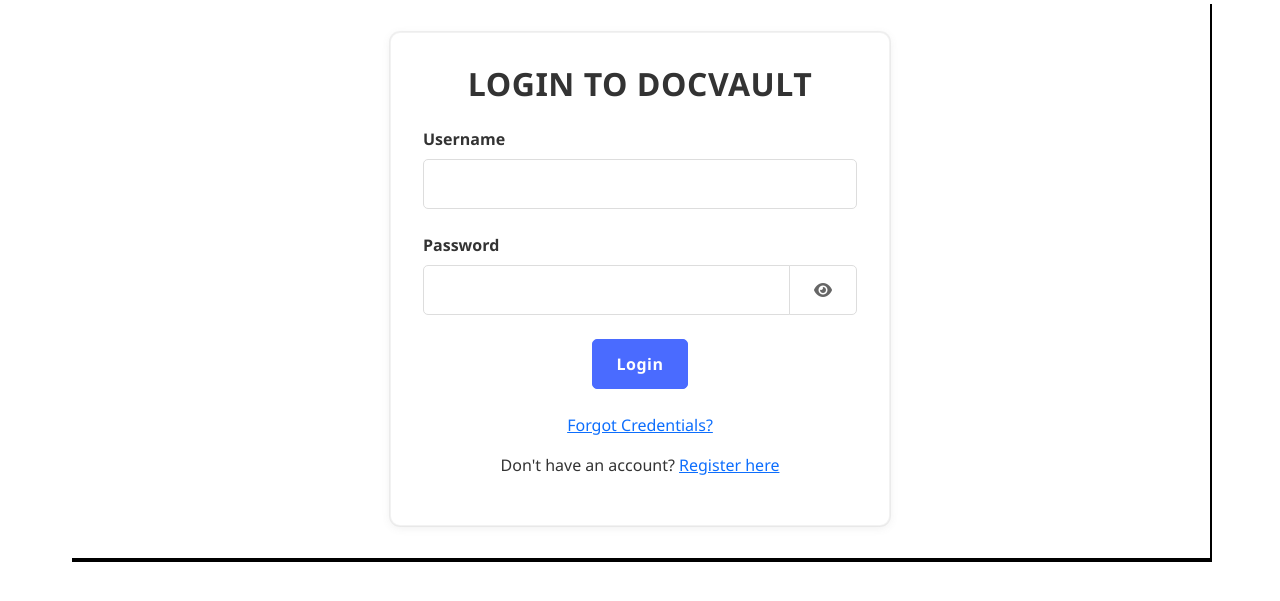
Repository: Satyaveni-Devisetti/DocVault
Page: login.html
These files come from the project's save history. The page is drawn as it stood at one moment and after the next save; the edit follows.
The browser window is 1280 px wide. The pictures show the whole page.

Above is the page before, as saved 2025-04-28 14:32:16.
Console error: ReferenceError: emailjs is not defined

### login.html
<!DOCTYPE html>
<html lang="en">
<head>
    <meta charset="UTF-8">
    <meta name="viewport" content="width=device-width, initial-scale=1.0">
    <title>Login - DocVault</title>
    <link href="https://cdn.jsdelivr.net/npm/bootstrap@5.3.0/dist/css/bootstrap.min.css" rel="stylesheet">
    <link rel="stylesheet" href="https://cdnjs.cloudflare.com/ajax/libs/font-awesome/6.0.0/css/all.min.css">
    <link rel="stylesheet" href="styles.css">
</head>
<body>
    <div class="container" >
        <div class="row justify-content-center" style="box-shadow: 2px 4px black;">
            <div class="col-md-6">
                <div class="form-container fade-in">
                    <h2 class="text-center mb-4">Login to DocVault</h2>
                    <div id="alert-container"></div>
                    <form id="login-form">
                        <div class="form-group">
                            <label for="username">Username</label>
                            <input type="text" class="form-control" id="username" name="username" required>
                        </div>
                        <div class="form-group">
                            <label for="password">Password</label>
                            <div class="input-group">
                                <input type="password" class="form-control" id="password" name="password" required>
                                <button class="btn btn-outline-secondary" type="button" id="toggle-password">
                                    <i class="fas fa-eye"></i>
                                </button>
                            </div>
                        </div>
                        <div class="form-group text-center">
                            <button type="submit" class="btn btn-primary btn-block" id="login-button">
                                <span class="button-text">Login</span>
                                <span class="loading d-none"></span>
                            </button>
                        </div>
                        <div class="text-center mt-3">
                            <a href="#" id="forgot-credentials">Forgot Credentials?</a>
                        </div>
                        <div class="text-center mt-3">
                            <p>Don't have an account? <a href="register.html">Register here</a></p>
                        </div>
                    </form>
                </div>
            </div>
        </div>
    </div>

    <!-- Forgot Credentials Modal -->
    <div class="modal fade" id="forgotModal" tabindex="-1">
        <div class="modal-dialog">
            <div class="modal-content">
                <div class="modal-header">
                    <h5 class="modal-title">Recover Credentials</h5>
                    <button type="button" class="btn-close" data-bs-dismiss="modal"></button>
                </div>
                <div class="modal-body">
                    <form id="forgot-form">
                        <div class="form-group">
                            <label for="email">Enter your registered email</label>
                            <input type="email" class="form-control" id="email" name="email" required>
                        </div>
                        <div class="text-center mt-3">
                            <button type="submit" class="btn btn-primary" id="recover-button">
                                <span class="button-text">Recover</span>
                                <span class="loading d-none"></span>
                            </button>
                        </div>
                    </form>
                </div>
            </div>
        </div>
    </div>

    <script src="https://cdn.jsdelivr.net/npm/bootstrap@5.3.0/dist/js/bootstrap.bundle.min.js"></script>
    <script src="https://cdn.jsdelivr.net/npm/@emailjs/browser@3/dist/email.min.js"></script>
    <script>
        (function() {
            emailjs.init("6gwUhzhyxF_mAox_I");
        })();
    </script>
    <script src="script.js"></script>
</body>
</html>

### styles.css
:root {
    --primary-color: #4a6bff;
    --secondary-color: #f8f9fa;
    --text-color: #333;
    --success-color: #28a745;
    --error-color: #dc3545;
}

body {
    font-family: 'Segoe UI', Tahoma, Geneva, Verdana, sans-serif;
    margin: 0;
    padding: 0;
    color: var(--text-color);
}

/* Index Page Styles */
.left-side {
    background-color: var(--secondary-color);
    padding: 2rem;
    display: flex;
    align-items: center;
    justify-content: center;
}

.right-side {
    background-color: white;
    padding: 2rem;
    display: flex;
    flex-direction: column;
    align-items: center;
    justify-content: center;
}

.content h1 {
    font-size: 2.5rem;
    margin-bottom: 1rem;
    color: var(--primary-color);
}

.features {
    list-style: none;
    padding: 0;
}

.features li {
    margin: 1rem 0;
    font-size: 1.1rem;
}

.features i {
    color: var(--primary-color);
    margin-right: 0.5rem;
}

.auth-buttons {
    margin-bottom: 2rem;
}

.auth-buttons .btn {
    margin: 0 0.5rem;
    padding: 0.5rem 1.5rem;
}

.icon-container {
    font-size: 8rem;
    color: var(--primary-color);
    animation: float 3s ease-in-out infinite;
}

@keyframes float {
    0% {
        transform: translateY(0px);
    }
    50% {
        transform: translateY(-20px);
    }
    100% {
        transform: translateY(0px);
    }
}

/* Card and Container Base Styles */
.form-container, .file-card, .alert {
    background: #ffffff;
    border-radius: 10px;
    border: 1px solid rgba(0, 0, 0, 0.05);
    box-shadow: rgba(99, 99, 99, 0.1) 0px 2px 8px 0px, rgba(0, 0, 0, 0.05) 0px 0px 0px 1px;
    transition: all 0.3s ease;
}

.form-container:hover, .file-card:hover {
    box-shadow: rgba(0, 0, 0, 0.1) 0px 10px 15px -3px, rgba(0, 0, 0, 0.05) 0px 4px 6px -2px;
}

.form-container {
    max-width: 500px;
    width: 95%;
    margin: 2rem auto;
    padding: 2rem;
}

.form-container h2 {
    color: #333;
    font-weight: 700;
    margin-bottom: 2rem;
    font-size: clamp(1.5rem, 4vw, 2rem);
    text-transform: uppercase;
    letter-spacing: 0.5px;
}

/* Section Headers */
.section-headers {
    display: flex;
    justify-content: center;
    gap: clamp(1rem, 3vw, 2rem);
    margin-bottom: 2rem;
    padding-bottom: 0.5rem;
    border-bottom: 2px solid #e9ecef;
    flex-wrap: wrap;
}

.section-title {
    color: #666;
    font-size: clamp(1rem, 3vw, 1.25rem);
    font-weight: 600;
    cursor: pointer;
    padding: 0.5rem 1rem;
    margin: 0;
    transition: all 0.3s ease;
    position: relative;
    border: none;
    background: none;
    outline: none;
    white-space: nowrap;
}

.section-title:hover {
    color: var(--primary-color);
}

.section-title.active {
    color: var(--primary-color);
}

.section-title.active::after {
    content: '';
    position: absolute;
    bottom: -0.5rem;
    left: 0;
    width: 100%;
    height: 3px;
    background-color: var(--primary-color);
    transition: all 0.3s ease;
}

/* Form Styles */
.update-form {
    opacity: 0;
    display: none;
    transition: opacity 0.3s ease;
    position: relative;
}

.update-form.active {
    opacity: 1;
    display: block;
}

.form-group {
    margin-bottom: 1.5rem;
}

.form-group label {
    display: block;
    margin-bottom: 0.5rem;
    font-weight: 600;
    color: #333;
    font-size: clamp(0.875rem, 2vw, 1rem);
}

.form-control {
    padding: clamp(0.5rem, 2vw, 0.75rem);
    border-radius: 5px;
    border: 1px solid #ddd;
    width: 100%;
    font-size: clamp(0.875rem, 2vw, 1rem);
    background-color: white;
}

.form-control:focus {
    border-color: var(--primary-color);
    box-shadow: 0 0 0 0.2rem rgba(74, 107, 255, 0.25);
}

/* Input Group for Password Fields */
.input-group {
    display: flex;
    align-items: stretch;
    width: 100%;
    margin-bottom: 1rem;
}

.input-group .form-control {
    border-top-right-radius: 0;
    border-bottom-right-radius: 0;
    margin-bottom: 0;
}

.input-group .btn {
    border-top-left-radius: 0;
    border-bottom-left-radius: 0;
}

/* Button Styles */
.btn {
    padding: clamp(0.5rem, 2vw, 0.75rem) clamp(1rem, 3vw, 1.5rem);
    font-size: clamp(0.875rem, 2vw, 1rem);
    border-radius: 5px;
    transition: all 0.3s ease;
}

.btn-primary {
    background-color: var(--primary-color);
    border-color: var(--primary-color);
    color: white;
    font-weight: 600;
    letter-spacing: 0.5px;
}

.btn-primary:hover {
    transform: translateY(-2px);
    box-shadow: 0 4px 12px rgba(74, 107, 255, 0.2);
}

.btn-outline-secondary {
    background-color: white;
    border-color: #ddd;
    color: #666;
}

.btn-outline-secondary:hover {
    background-color: #f8f9fa;
    border-color: #ddd;
    color: #333;
}

/* File Grid Styles */
.file-grid {
    display: grid;
    grid-template-columns: repeat(auto-fill, minmax(280px, 1fr));
    gap: 1.5rem;
    padding: 1.5rem;
}

.file-card {
    padding: 1.5rem;
    transition: all 0.3s ease;
}

.file-card:hover {
    transform: translateY(-5px);
    box-shadow: rgba(17, 17, 26, 0.1) 0px 8px 24px, rgba(17, 17, 26, 0.1) 0px 16px 56px;
}

.file-actions {
    display: flex;
    justify-content: space-around;
    margin-top: 1rem;
}

.file-actions i {
    cursor: pointer;
    color: var(--primary-color);
    transition: color 0.2s;
}

.file-actions i:hover {
    color: #3a5bef;
}

/* Responsive Design */
@media (max-width: 1200px) {
    .file-grid {
        grid-template-columns: repeat(auto-fill, minmax(250px, 1fr));
        gap: 1.25rem;
        padding: 1.25rem;
    }
}

@media (max-width: 992px) {
    .form-container {
        width: 90%;
        padding: 1.75rem;
    }

    .file-grid {
        grid-template-columns: repeat(auto-fill, minmax(220px, 1fr));
        gap: 1rem;
        padding: 1rem;
    }
}

@media (max-width: 768px) {
    .form-container {
        width: 85%;
        padding: 1.5rem;
        margin: 1.5rem auto;
    }

    .section-headers {
        gap: 1rem;
    }

    .file-grid {
        grid-template-columns: repeat(auto-fill, minmax(200px, 1fr));
    }

    .file-card {
        padding: 1.25rem;
    }
}

@media (max-width: 576px) {
    .form-container {
        width: 92%;
        padding: 1.25rem;
        margin: 1rem auto;
    }

    .section-headers {
        flex-direction: row;
        gap: 0.75rem;
    }

    .section-title {
        padding: 0.4rem 0.8rem;
    }

    .file-grid {
        grid-template-columns: 1fr;
        padding: 0.75rem;
        gap: 1rem;
    }

    .file-card {
        width: 100%;
        min-width: 0;
        max-width: 100%;
        margin: 0 auto 1rem auto;
        box-sizing: border-box;
    }

    .form-group {
        margin-bottom: 1rem;
    }
}

/* Animations */
.fade-in {
    animation: fadeIn 0.5s ease-in;
}

@keyframes fadeIn {
    from {
        opacity: 0;
        transform: translateY(20px);
    }
    to {
        opacity: 1;
        transform: translateY(0);
    }
}

/* Loading Animation */
.loading {
    display: inline-block;
    width: 20px;
    height: 20px;
    border: 3px solid rgba(255,255,255,.3);
    border-radius: 50%;
    border-top-color: #fff;
    animation: spin 1s ease-in-out infinite;
}

@keyframes spin {
    to { transform: rotate(360deg); }
}

/* Error and Success Messages */
.alert {
    margin: 1rem 0;
    padding: clamp(0.75rem, 2vw, 1rem);
    font-size: clamp(0.875rem, 2vw, 1rem);
}

.alert-success {
    background-color: #d4edda;
    border-color: #c3e6cb;
    color: #155724;
}

.alert-error {
    background-color: #f8d7da;
    border-color: #f5c6cb;
    color: #721c24;
}

.spinner-border-sm {
    width: 1rem;
    height: 1rem;
    border-width: 0.2em;
}

.btn:disabled {
    cursor: not-allowed;
    opacity: 0.8;
}

/* Navbar Styles */
.navbar {
    padding: 0.75rem 0;
    background-color: var(--primary-color) !important;
    width: 100%;
    margin: 0;
    box-shadow: 0 2px 8px rgba(0, 0, 0, 0.1);
}

.navbar .container {
    display: flex;
    justify-content: space-between;
    align-items: center;
    padding: 0 2rem;
}

.navbar-brand {
    display: flex;
    align-items: center;
    color: white !important;
    font-size: 1.5rem;
    font-weight: 600;
    text-decoration: none;
}

.navbar-logo {
    width: 40px;
    height: 40px;
    border-radius: 50%;
    margin-right: 12px;
    border: 2px solid white;
    object-fit: cover;
}

.navbar-nav {
    display: flex;
    align-items: center;
    gap: 1.5rem;
}

.nav-link {
    color: white !important;
    text-decoration: none;
    display: flex;
    flex-direction: column;
    align-items: center;
    transition: all 0.3s ease;
}

.nav-icon-circle {
    width: 40px;
    height: 40px;
    border-radius: 50%;
    background: rgba(255, 255, 255, 0.1);
    display: flex;
    align-items: center;
    justify-content: center;
    margin-bottom: 0.5rem;
    border: 2px solid rgba(255, 255, 255, 0.2);
    transition: all 0.3s ease;
}

.nav-link:hover .nav-icon-circle {
    background: white;
    border-color: white;
}

.nav-link:hover .nav-icon-circle i {
    color: var(--primary-color);
}

.nav-link span {
    font-size: 0.875rem;
    color: white;
}

/* Main Icon Styles */
.main-icon {
    display: flex;
    justify-content: center;
    align-items: center;
    height: 100%;
    padding: 2rem;
}

.circular-icon {
    width: 300px;
    height: 300px;
    border-radius: 50%;
    object-fit: cover;
    box-shadow: 0 4px 20px rgba(0, 0, 0, 0.15);
    border: 6px solid var(--primary-color);
}

/* Responsive Styles */
@media (max-width: 1200px) {
    .circular-icon {
        width: 250px;
        height: 250px;
    }
}

@media (max-width: 992px) {
    .navbar-logo {
        width: 40px;
        height: 40px;
    }

    .circular-icon {
        width: 200px;
        height: 200px;
    }
}

@media (max-width: 768px) {
    .navbar .container {
        padding: 0 1rem;
    }

    .navbar-brand {
        font-size: 1.25rem;
    }

    .navbar-logo {
        width: 32px;
        height: 32px;
        margin-right: 8px;
    }

    .circular-icon {
        width: 180px;
        height: 180px;
        border-width: 4px;
    }

    .nav-icon-circle {
        width: 32px;
        height: 32px;
        margin-bottom: 0.25rem;
    }

    .nav-link span {
        font-size: 0.75rem;
    }
}

@media (max-width: 576px) {
    .navbar .container {
        padding: 0 0.75rem;
    }

    .navbar-brand {
        font-size: 1.1rem;
    }

    .navbar-logo {
        width: 28px;
        height: 28px;
        margin-right: 6px;
    }

    .circular-icon {
        width: 150px;
        height: 150px;
    }

    .nav-icon-circle {
        width: 28px;
        height: 28px;
    }

    .section-headers {
        gap: 1rem;
    }

    .section-title {
        font-size: 1.1rem;
        padding: 0.4rem 0.8rem;
    }

    .form-container {
        padding: 1.5rem;
        margin: 1rem;
    }

    .form-container h2 {
        font-size: 1.5rem;
    }

    .nav-link span {
        font-size: 0.7rem;
    }
}

/* Update Details Page Specific */
.nav-tabs {
    border-bottom: 2px solid #dee2e6;
    margin-bottom: 2rem;
}

.nav-tabs .nav-link {
    color: var(--text-color);
    font-weight: 500;
    padding: 0.75rem 1.5rem;
    border: none;
    border-bottom: 2px solid transparent;
    margin-bottom: -2px;
}

.nav-tabs .nav-link:hover {
    border-color: transparent;
    color: var(--primary-color);
}

.nav-tabs .nav-link.active {
    color: var(--primary-color);
    background: none;
    border-bottom: 2px solid var(--primary-color);
}

.tab-content {
    padding: 1rem 0;
}

/* Responsive Navbar */
@media (min-width: 769px) and (max-width: 1200px) {
    /* Tablet - Keep navbar similar to desktop */
    .navbar .container {
        padding: 0 1.5rem;
    }

    .navbar-logo {
        width: 35px;
        height: 35px;
    }

    .nav-icon-circle {
        width: 35px;
        height: 35px;
    }
}

@media (max-width: 768px) {
    /* Mobile navbar adjustments */
    .navbar {
        padding: 0.5rem 0;
    }

    .navbar .container {
        padding: 0 1rem;
    }

    .navbar-brand {
        font-size: 1.25rem;
    }

    .navbar-logo {
        width: 32px;
        height: 32px;
        margin-right: 8px;
    }

    .navbar-nav {
        gap: 1rem;
    }

    .nav-icon-circle {
        width: 32px;
        height: 32px;
        margin-bottom: 0.25rem;
    }

    .nav-link span {
        font-size: 0.75rem;
    }
}

@media (max-width: 576px) {
    /* Small mobile navbar */
    .navbar .container {
        padding: 0 0.75rem;
    }

    .navbar-brand {
        font-size: 1.1rem;
    }

    .navbar-logo {
        width: 28px;
        height: 28px;
        margin-right: 6px;
    }

    .navbar-nav {
        gap: 0.75rem;
    }

    .nav-icon-circle {
        width: 28px;
        height: 28px;
    }

    .nav-link span {
        font-size: 0.7rem;
    }
}

/* Mobile and Tablet Styles */
@media (max-width: 991.98px) {
    .navbar-nav {
        flex-direction: row;
        justify-content: space-around;
        width: 100%;
        padding: 0.5rem 0;
    }

    .nav-link {
        display: flex;
        flex-direction: column;
        align-items: center;
        padding: 0.5rem;
    }

    .nav-icon-circle {
        margin-bottom: 0.25rem;
    }

    .section-headers {
        flex-direction: row;
        flex-wrap: wrap;
    }

    .section-title {
        flex: 1;
        min-width: 150px;
        margin: 0.25rem;
        padding: 0.75rem;
        font-size: 0.9rem;
    }

    .update-form {
        padding: 1rem;
    }

    .form-group {
        margin-bottom: 1rem;
    }
}

/* Tablet specific styles */
@media (min-width: 768px) and (max-width: 991.98px) {
    .container {
        max-width: 95%;
    }

    .section-headers {
        gap: 1rem;
    }

    .section-title {
        font-size: 1rem;
    }
}

/* Mobile specific styles */
@media (max-width: 767.98px) {
    .container {
        padding: 0 1rem;
    }

    .section-headers {
        gap: 0.5rem;
    }

    .section-title {
        font-size: 0.85rem;
        padding: 0.5rem;
    }

    .form-container {
        padding: 1rem;
    }
}

/* Update Details Page Specific */
.update-sections {
    width: 100%;
}

.update-section {
    background: #fff;
    border-radius: 8px;
    padding: 1.5rem;
    height: 100%;
    box-shadow: 0 2px 4px rgba(0,0,0,0.05);
}

.update-section h3.section-title {
    color: var(--primary-color);
    font-size: 1.25rem;
    margin-bottom: 1.5rem;
    padding-bottom: 0.75rem;
    border-bottom: 2px solid var(--primary-color);
}

/* Mobile and Tablet Styles */
@media (max-width: 991.98px) {
    /* Navbar adjustments */
    .navbar {
        padding: 0.5rem 0;
    }

    .navbar .container {
        padding: 0.5rem;
    }

    .navbar-nav {
        display: flex;
        flex-direction: row;
        justify-content: flex-end;
        gap: 1rem;
        margin: 0;
    }

    .nav-link {
        padding: 0;
        margin: 0;
    }

    .nav-icon-circle {
        width: 36px;
        height: 36px;
        margin-bottom: 4px;
    }

    .nav-link span {
        font-size: 0.7rem;
    }

    /* Update sections adjustments */
    .form-container {
        padding: 1rem;
        margin: 0.5rem auto;
    }

    .update-section {
        padding: 1rem;
        margin-bottom: 1rem;
    }

    .update-section h3.section-title {
        font-size: 1.1rem;
        margin-bottom: 1rem;
        text-align: center;
    }

    .form-group {
        margin-bottom: 0.75rem;
    }

    .btn {
        padding: 0.5rem 1rem;
    }
}

/* Tablet specific styles */
@media (min-width: 768px) and (max-width: 991.98px) {
    .navbar-brand {
        font-size: 1.3rem;
    }

    .nav-icon-circle {
        width: 40px;
        height: 40px;
    }

    .nav-link span {
        font-size: 0.8rem;
    }

    .update-section {
        padding: 1.25rem;
    }

    .update-section h3.section-title {
        font-size: 1.2rem;
    }
}

/* Mobile specific styles */
@media (max-width: 767.98px) {
    .navbar-brand {
        font-size: 1.1rem;
    }

    .navbar-logo {
        width: 30px;
        height: 30px;
    }

    .nav-icon-circle {
        width: 32px;
        height: 32px;
    }

    .nav-link span {
        font-size: 0.65rem;
    }

    .form-container {
        padding: 0.75rem;
    }

    .update-section {
        padding: 1rem;
    }

    .update-section h3.section-title {
        font-size: 1rem;
    }

    .form-group label {
        font-size: 0.9rem;
    }

    .form-control {
        font-size: 0.9rem;
        padding: 0.4rem 0.75rem;
    }
}

Loaded but not shown: script.js (985 lines, source omitted)

After the next save:
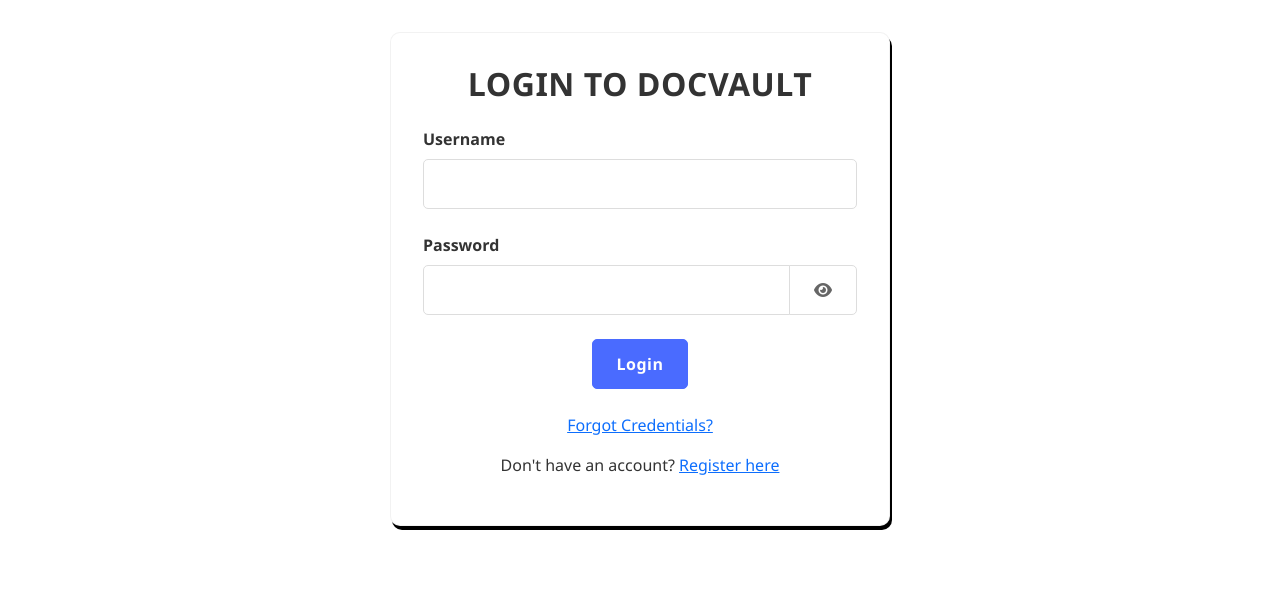
Saved 24 s later.
--- a/login.html
+++ b/login.html
@@ -10,9 +10,9 @@
 </head>
 <body>
     <div class="container" >
-        <div class="row justify-content-center" style="box-shadow: 2px 4px black;">
+        <div class="row justify-content-center" >
             <div class="col-md-6">
-                <div class="form-container fade-in">
+                <div class="form-container fade-in" style="box-shadow: 2px 4px black;">
                     <h2 class="text-center mb-4">Login to DocVault</h2>
                     <div id="alert-container"></div>
                     <form id="login-form">
